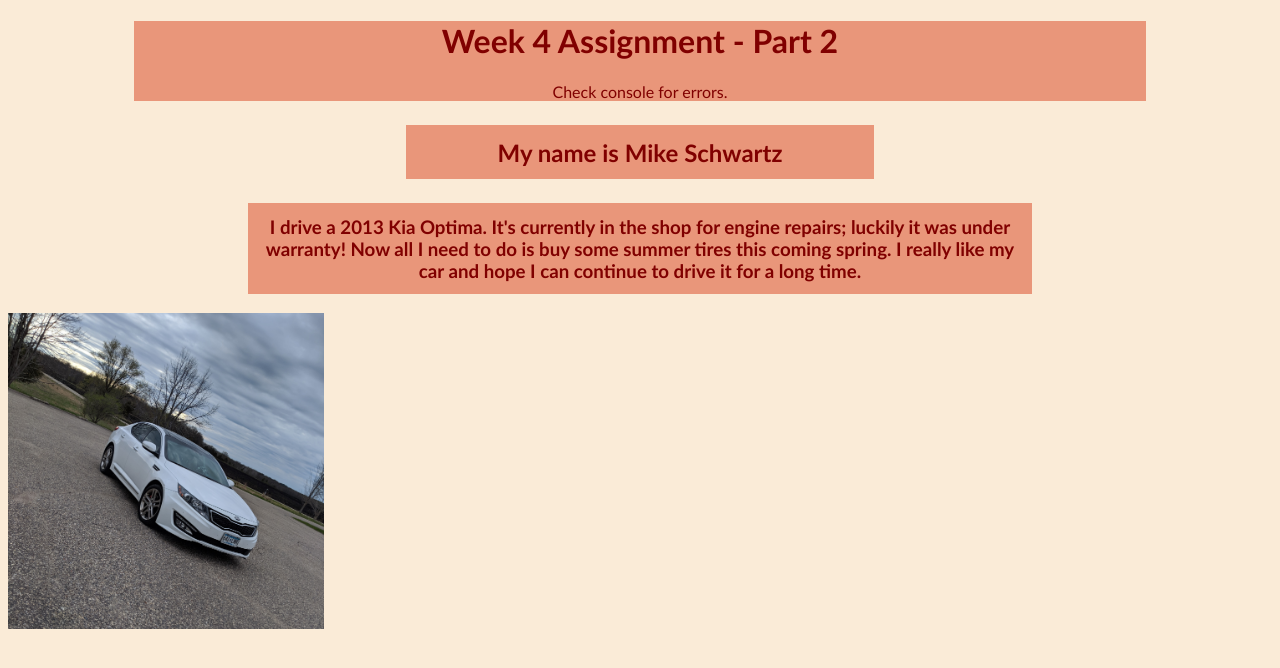
Repository: Ellusionism/prime-pw-week-4-assignment-part-2
Page: assignment/index.html
These files come from the project's save history. The page is drawn as it stood at one moment and after a run of saves; the edit follows.
The browser window is 1280 px wide. The pictures show the whole page.

Above is the page before, as saved 2022-11-16 18:18:32.

### assignment/index.html
<!DOCTYPE html>
<meta name="viewport" content="width=device-width">
<html lang="en-US">
  <head>
    <meta charset="utf-8">
    <title>Week 4 Assignment</title>
    <link rel="stylesheet" href="stylesheet.css">
  </head>

  <body>
    <header class="homepageHeader">
      <h1>Week 4 Assignment - Part 2</h1>
      <p>Check console for errors.</p>
  </header>

  <div>
    <h2 class="info nameInfo"> My name is Mike Schwartz </h2>
  </div>

  <h3 class="info carInfo">I drive a 2013 Kia Optima. It's currently in the shop for engine repairs; luckily it was under warranty! Now all I need to do is buy some summer tires this coming spring. I really like my car and hope I can continue to drive it for a long time.</h3>

  <img class="carpic" src="carpic.jpeg" alt="White 2013 Kia Optima" />
  </body>
</html>

### assignment/stylesheet.css
body {
 font-family:'Trebuchet MS', 'Lucida Sans Unicode', 'Lucida Grande', 'Lucida Sans', Arial, sans-serif;
 background-color:antiquewhite;
}

.carpic {
 width: 25%;
 display
}

.homepageHeader {
 background-color:darksalmon;
 text-align: center;
 width: 80%;
 display: block;
 margin: auto;
 color: maroon;
}

.info {
 background-color:darksalmon;
 text-align: center;
 padding: 1%;
 display: block;
 margin: 1em auto;
 color: maroon;
}

.nameInfo {
 width: 35%;
}

.carInfo {
 width: 60%;
}

After the next 2 saves:
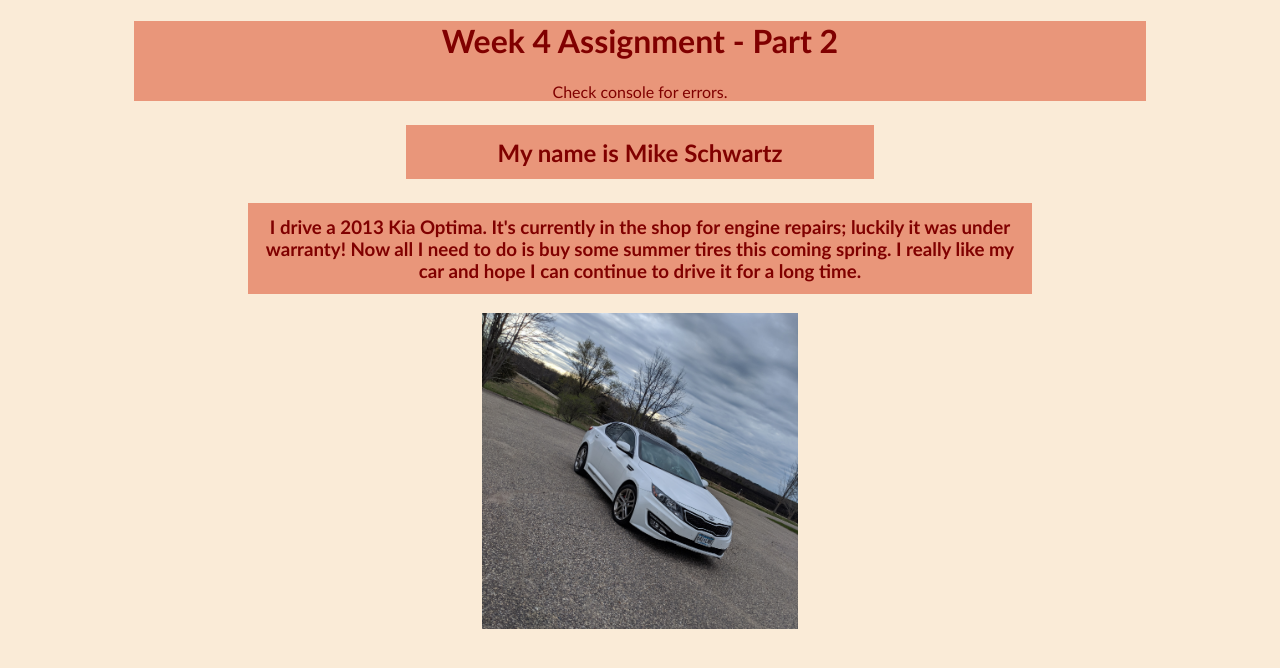
The 2 saves are shown as one change because they came seconds apart.
The last was saved 10 s later.
--- a/assignment/stylesheet.css
+++ b/assignment/stylesheet.css
@@ -5,7 +5,8 @@ body {
 
 .carpic {
  width: 25%;
- display
+ display: block;
+ margin: auto;
 }
 
 .homepageHeader {
